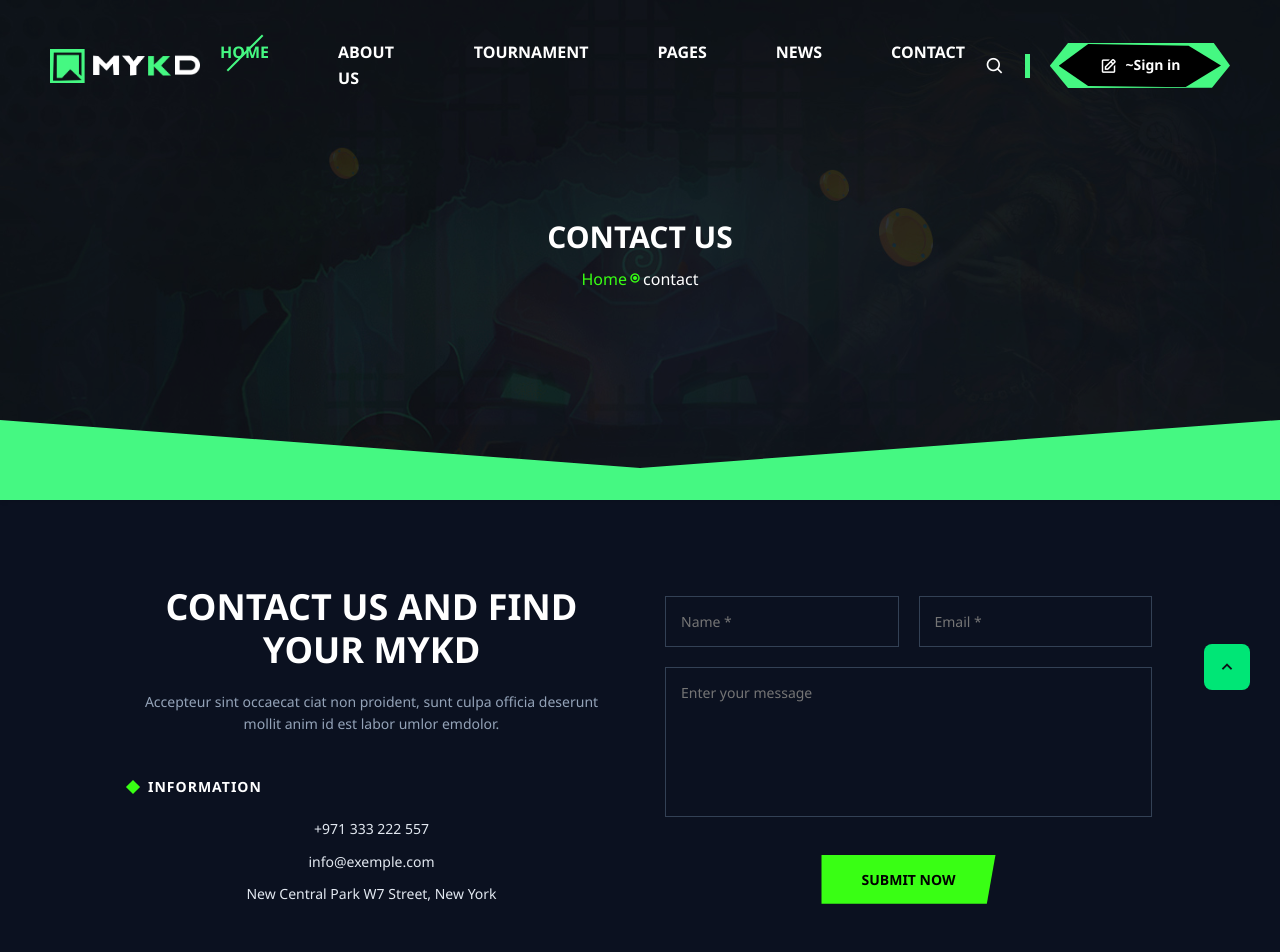
Repository: elfahl52/-MYKD-eSport-and-Gaming
Page: contact.html
The author's editor kept a copy of each file at every save. The page is drawn from the files as they stood at one save, then again after the next save.
The browser window is 1280 px wide. The pictures show the part of the page from y = 0 to 952 px (the page is 1882 px tall).
Some web fonts or font styles are not loaded; a fallback is used.

Above is the page before, as saved 2026-06-11 08:32:30.

### contact.html
<!DOCTYPE html>
<html lang="en">

<head>
    <meta charset="UTF-8">
    <meta name="viewport" content="width=device-width, initial-scale=1.0">
    <title>Document</title>
    <!-- Preconnect for performance -->
    <link rel="preconnect" href="https://fonts.googleapis.com">
    <link rel="preconnect" href="https://fonts.gstatic.com" crossorigin>

    <!-- Fonts -->
    <link
        href="https://fonts.googleapis.com/css2?family=Barlow:ital,wght@0,100;0,200;0,300;0,400;0,500;0,600;0,700;0,800;0,900;1,100;1,200;1,300;1,400;1,500;1,600;1,700;1,800;1,900&family=Josefin+Sans:ital,wght@0,100..700;1,100..700&family=Poppins:wght@300;400;500;600;700&display=swap"
        rel="stylesheet">
    <link href="https://fonts.cdnfonts.com/css/berlin-sans-fb-demi" rel="stylesheet">

    <!-- Icons -->
    <link href='https://unpkg.com/boxicons@2.1.4/css/boxicons.min.css' rel='stylesheet'>
    <link rel="stylesheet" href="https://cdnjs.cloudflare.com/ajax/libs/font-awesome/6.5.1/css/all.min.css">

    <!-- Styles -->
    <link rel="stylesheet" href="css/style.css">
    <link rel="stylesheet" href="css/contact.css">
</head>

<body>


    <!-- start header -->
    <header>
        <!-- start nav -->
        <nav>
            <div class="logo">
                <img src="img/logo/logo.png" alt="Gaming Logo">
            </div>

            <ul class="nav-links">
                <li class="has-dropdown">
                    <a href="index.html" class="active">HOME</a>
                    <div class="dropDown">
                        <div>
                            <a href="#" class="active">
                                <article></article>
                                <span>HOME ONE</span>
                            </a>
                        </div>
                        <div>
                            <a href="#">
                                <article></article>
                                <span>HOME TWO</span>
                            </a>
                        </div>
                        <div>
                            <a href="#">
                                <article></article>
                                <span>HOME THREE</span>
                            </a>
                        </div>
                        <div>
                            <a href="#">
                                <article></article>
                                <span>HOME FOUR</span>
                            </a>
                        </div>
                        <div>
                            <a href="#">
                                <article></article>
                                <span>HOME FIVE</span>
                            </a>
                        </div>
                    </div>
                </li>
                <li class="has-dropdown">
                    <a href="#">ABOUT US</a>
                    <div class="dropDown">
                        <div>
                            <a href="#">
                                <article></article>
                                <span>ABOUT PAGE 1</span>
                            </a>
                        </div>
                        <div>
                            <a href="#">
                                <article></article>
                                <span>ABOUT PAGE 2</span>
                            </a>
                        </div>
                    </div>
                </li>
                <li class="has-dropdown">
                    <a href="#">TOURNAMENT</a>
                    <div class="dropDown">
                        <div>
                            <a href="#">
                                <article></article>
                                <span>TOURNAMENT</span>
                            </a>
                        </div>
                        <div>
                            <a href="#">
                                <article></article>
                                <span>TOURNAMENT SINGLE</span>
                            </a>
                        </div>
                    </div>
                </li>
                <li class="has-dropdown">
                    <a href="#">PAGES</a>
                    <div class="dropDown">
                        <div>
                            <a href="#">
                                <article></article>
                                <span>GAMING SHOP</span>
                            </a>
                        </div>
                        <div>
                            <a href="#">
                                <article></article>
                                <span>OUR SERVICES</span>
                            </a>
                        </div>
                        <div>
                            <a href="#">
                                <article></article>
                                <span>SERVICES DETAILS</span>
                            </a>
                        </div>
                        <div>
                            <a href="#">
                                <article></article>
                                <span>PLAYER DETAILS</span>
                            </a>
                        </div>
                        <div>
                            <a href="#">
                                <article></article>
                                <span>LOGIN</span>
                            </a>
                        </div>
                        <div>
                            <a href="#">
                                <article></article>
                                <span>SIGN UP</span>
                            </a>
                        </div>
                    </div>
                </li>
                <li class="has-dropdown">
                    <a href="#">NEWS</a>
                    <div class="dropDown">
                        <div>
                            <a href="#">
                                <article></article>
                                <span>OUR BLOG</span>
                            </a>
                        </div>
                        <div>
                            <a href="#">
                                <article></article>
                                <span>BLOG DETAILS</span>
                            </a>
                        </div>
                    </div>
                </li>
                <li><a href="#">CONTACT</a></li>
            </ul>


            <div class="right-nav">
                <i class="bx bx-search" id="searchIcon" aria-label="Search"></i>
                <div class="nav-divider"></div>

                <!-- Sign In Button -->
                <div class="btn sign-in-btn">
                    <div>
                        <i class="bx bx-edit"></i>
                        <span>~Sign in</span>
                    </div>
                </div>



                <!-- Hamburger Menu -->
                <div class="hamburger" id="hamburger" aria-label="Toggle menu" aria-expanded="false">
                    <span></span>
                    <span></span>
                    <span></span>
                </div>
            </div>
        </nav>
        <!-- end nav -->

           <!-- content -->
          <div class="content">
                <b>Contact us</b>
                <p><span>Home<i class="bx bx-radio-circle-marked" ></i></span>contact</p>
          </div>
        <!-- Mobile Menu Overlay -->
        <div class="mobile-menu" id="mobileMenu">
            <div class="mobile-menu-header">
                <div class="mobile-logo">
                    <img src="img/logo/logo.png" alt="Gaming Logo">
                </div>
                <button class="close-menu" id="closeMenu" aria-label="Close menu">
                    <i class="bx bx-x"></i>
                </button>
            </div>

            <div class="mobile-menu-content">
                <ul class="mobile-nav-links">
                    <!-- HOME with dropdown -->
                    <li class="mobile-has-dropdown">
                        <a href="#" class="active">
                            <i class="bx bx-home"></i>
                            <span>HOME</span>
                            <i class="bx bx-chevron-down mobile-dropdown-toggle"></i>
                        </a>
                        <ul class="mobile-dropdown">
                            <li><a href="#" class="active">HOME ONE</a></li>
                            <li><a href="#">HOME TWO</a></li>
                            <li><a href="#">HOME THREE</a></li>
                            <li><a href="#">HOME FOUR</a></li>
                            <li><a href="#">HOME FIVE</a></li>
                        </ul>
                    </li>

                    <!-- ABOUT US with dropdown -->
                    <li class="mobile-has-dropdown">
                        <a href="#">
                            <i class="bx bx-user"></i>
                            <span>ABOUT US</span>
                            <i class="bx bx-chevron-down mobile-dropdown-toggle"></i>
                        </a>
                        <ul class="mobile-dropdown">
                            <li><a href="#">ABOUT PAGE 1</a></li>
                            <li><a href="#">ABOUT PAGE 2</a></li>
                        </ul>
                    </li>

                    <!-- TOURNAMENT with dropdown -->
                    <li class="mobile-has-dropdown">
                        <a href="#">
                            <i class="bx bx-trophy"></i>
                            <span>TOURNAMENT</span>
                            <i class="bx bx-chevron-down mobile-dropdown-toggle"></i>
                        </a>
                        <ul class="mobile-dropdown">
                            <li><a href="#">TOURNAMENT</a></li>
                            <li><a href="#">TOURNAMENT SINGLE</a></li>
                        </ul>
                    </li>

                    <!-- PAGES with dropdown -->
                    <li class="mobile-has-dropdown">
                        <a href="#">
                            <i class="bx bx-file"></i>
                            <span>PAGES</span>
                            <i class="bx bx-chevron-down mobile-dropdown-toggle"></i>
                        </a>
                        <ul class="mobile-dropdown">
                            <li><a href="#">GAMING SHOP</a></li>
                            <li><a href="#">OUR SERVICES</a></li>
                            <li><a href="#">SERVICES DETAILS</a></li>
                            <li><a href="#">PLAYER DETAILS</a></li>
                            <li><a href="#">LOGIN</a></li>
                            <li><a href="#">SIGN UP</a></li>
                            <li><a href="#">FORGET PASSWORD</a></li>
                            <li><a href="#">404 PAGE</a></li>
                            <!-- Contact Link in Dropdown -->
                            <li class="contact-item">
                                <a href="#contact" class="contact-link">
                                    <i class="bx bx-envelope"></i>
                                    <span>CONTACT US</span>
                                </a>
                            </li>
                        </ul>
                    </li>

                    <!-- NEWS with dropdown -->
                    <li class="mobile-has-dropdown">
                        <a href="#">
                            <i class="bx bx-news"></i>
                            <span>NEWS</span>
                            <i class="bx bx-chevron-down mobile-dropdown-toggle"></i>
                        </a>
                        <ul class="mobile-dropdown">
                            <li><a href="#">OUR BLOG</a></li>
                            <li><a href="#">BLOG DETAILS</a></li>
                        </ul>
                    </li>

                    <!-- CONTACT -->
                    <li>
                        <a href="#contact">
                            <i class="bx bx-envelope"></i>
                            <span>CONTACT</span>
                        </a>
                    </li>
                </ul>

                <!-- Mobile Actions -->
                <div class="mobile-actions">
                    <button class="mobile-search">
                        <i class="bx bx-search"></i>
                        <span>Search</span>
                    </button>
                    <button class="mobile-signin">
                        <i class="bx bx-edit"></i>
                        <span>Sign in</span>
                    </button>
                </div>

                <!-- Social Media -->
                <div class="mobile-social">
                    <h3>Follow Us</h3>
                    <div class="social-icons">
                        <a href="#" aria-label="Facebook"><i class="bx bxl-facebook"></i></a>
                        <a href="#" aria-label="Twitter"><i class="bx bxl-twitter"></i></a>
                        <a href="#" aria-label="Instagram"><i class="bx bxl-instagram"></i></a>
                        <a href="#" aria-label="YouTube"><i class="bx bxl-youtube"></i></a>
                        <a href="#" aria-label="Discord"><i class="bx bxl-discord"></i></a>
                        <a href="#" aria-label="Twitch"><i class="bx bxl-twitch"></i></a>
                    </div>
                </div>

                <!-- Contact Info -->
                <div class="mobile-contact-info">
                    <h3>Contact Info</h3>
                    <p><i class="bx bx-phone"></i> +1 234 567 890</p>
                    <p><i class="bx bx-envelope"></i> info@example.com</p>
                    <p><i class="bx bx-map"></i> 123 Gaming Street, City, Country</p>
                </div>
            </div>
        </div>
        <!-- Overlay for mobile menu -->
        <div class="mobile-overlay" id="mobileOverlay"></div>
        <!--  NEW: Green Divider with Clip-Path -->
        <div class="header-divider"></div>
    </header>
    <!-- end header -->


    <section class="contact-section">

        <!-- المعلومات -->
        <div class="contact-info">
            <h1>Contact Us And Find Your MYKD</h1>
            <p>
                Accepteur sint occaecat ciat non proident, sunt culpa officia deserunt mollit anim id est labor umlor
                emdolor.
            </p>

            <div class="info-header">
                <span class="diamond-icon"></span>
                INFORMATION
            </div>

            <ul class="details-list">
                <li>+971 333 222 557</li>
                <li>info@exemple.com</li>
                <li>New Central Park W7 Street, New York</li>
            </ul>
        </div>

        <!-- النموذج -->
        <form class="contact-form">
            <div class="form-row">
                <div class="input-group">
                    <input type="text" placeholder="Name *" required>
                </div>
                <div class="input-group">
                    <input type="email" placeholder="Email *" required>
                </div>
            </div>

            <textarea placeholder="Enter your message" required></textarea>

            <button type="submit" class="submit-btn">Submit Now</button>
        </form>

    </section>

    <!-- القسم السفلي: الخريطة -->
    <div class="map-container">
        <!-- تم استخدام خريطة نيويورك كمثال -->
        <iframe
            src="https://www.google.com/maps/embed?pb=!1m18!1m12!1m3!1d193595.15830869428!2d-74.119763973046!3d40.69766374874431!2m3!1f0!2f0!3f0!3m2!1i1024!2i768!4f13.1!3m3!1m2!1s0x89c24fa5d33f083b%3A0xc80b8f06e177fe62!2sNew%20York%2C%20NY%2C%20USA!5e0!3m2!1sen!2seg!4v1620000000000!5m2!1sen!2seg"
            allowfullscreen="" loading="lazy"></iframe>
    </div>

    <!-- start footer section -->
    <footer>
        <div class="container">
            <div class="footer-row">

                <!-- Column 1: Logo & Info -->
                <div class="footer-col-1">
                    <div class="footer-logo">
                        <div class="logo-icon">
                            <i class='bx bxs-image'></i>
                        </div>
                        <div class="logo-text">
                            <span class="my">MY</span><span class="kd">KD</span>
                        </div>
                    </div>
                    <p>Lorem ipsum dolor sit amet consectetur adipiscing. Duis sollicitudin augue euismod. Nulla ullam
                        dolor sit amet consectetur.</p>
                    <div class="active-with-us">
                        <span class="active">ACTIVE</span>
                        <span class="with-us">WITH US <i class='bx bx-chevrons-right'></i></span>
                    </div>
                    <div class="social-icons">
                        <a href="#" class="discord" aria-label="Discord"><img src="./img/icons/social_icon01.png"
                                alt=""></a>
                        <a href="#" class="twitter" aria-label="Twitter"><img src="./img/icons/social_icon02.png"
                                alt=""></a>
                        <a href="#" class="instagram" aria-label="Instagram"><img src="./img/icons/social_icon03.png"
                                alt=""></a>
                        <a href="#" class="telegram" aria-label="Telegram"><img src="./img/icons/social_icon04.png"
                                alt=""></a>
                    </div>
                </div>

                <!-- Column 2: Quick Link -->
                <div class="footer-col">
                    <h3>Quick Link</h3>
                    <div class="footer-links">
                        <a href="#">Gaming</a>
                        <a href="#">Product</a>
                        <a href="#">All NFTs</a>
                        <a href="#">Social Network</a>
                        <a href="#">Domain Names</a>
                        <a href="#">Collectibles</a>
                    </div>
                </div>

                <!-- Column 3: Supports -->
                <div class="footer-col">
                    <h3>Supports</h3>
                    <div class="footer-links">
                        <a href="#">Setting &amp; Privacy</a>
                        <a href="#">Help &amp; Support</a>
                        <a href="#">Live Auctions</a>
                        <a href="#">Item Details</a>
                        <a href="#">24/7 Supports</a>
                        <a href="#">Our News</a>
                    </div>
                </div>

                <!-- Column 4: Newsletter -->
                <div class="footer-col footer-col-4">
                    <h3>Newsletter</h3>
                    <p>Subscribe our newsletter to get our latest update &amp; newsconsectetur</p>
                    <form class="newsletter-form" onsubmit="return false;">
                        <input type="email" placeholder="Your email address" aria-label="Email address">
                        <button type="submit" aria-label="Subscribe">
                            <i class='bx bx-right-arrow-alt'></i>
                        </button>
                    </form>
                </div>

            </div>
        </div>

        <!-- Bottom Bar -->
        <div class="bottom-bar">
            <span class="copyright">
                COPYRIGHT &copy; 2026 &ndash; ALL RIGHTS RESERVED BY <span class="mykd-green">Khaled Elfahl</span>
            </span>
            <div class="payment-icons">
                <span class="pay-badge pay-paypal">PayPal</span>
                <span class="pay-badge pay-ebay">eBay</span>
                <span class="pay-badge pay-cirrus">Cirrus</span>
                <span class="pay-badge pay-visa">VISA</span>
                <span class="pay-badge pay-discover">DISCOVER</span>
                <span class="pay-badge pay-mastercard">MasterCard</span>
            </div>
        </div>
    </footer>

    <!-- Scroll to Top -->
    <button class="scroll-top" onclick="window.scrollTo({top:0,behavior:'smooth'})" aria-label="Scroll to top">
        <i class='bx bx-chevron-up'></i>
    </button>

    <!-- end footer section -->
    <!-- js  -->
    <script src="js/main.js"></script>
</body>

</html>

### css/contact.css
* {
  font-family: "Segoe UI", Tahoma, Geneva, Verdana, sans-serif;
}

body {
  background-color: #0f172a;
  color: #ffffff;
}

header {
  background: url("../img/bg/breadcrumb_bg02.jpg") no-repeat center center /
    cover;
  background-color: var(--header-overlay);
  background-blend-mode: overlay;
  box-shadow: 0 2px 4px rgba(0, 0, 0, 0.1);
  min-height: 500px;
  font-family: var(--heading-font);
  position: relative;
  overflow: hidden;
}
header .content {
  text-align: center;
  position:  absolute;
  top: 50%;
  left: 50%;
  transform: translate(-50%, -50%)
}
header .content b {
  text-transform: uppercase;
  font-size: 30px;
  line-height: 2;
}
header .content p {

}
header .content p span {
  color: #39ff14;
}
.contact-section {
  display: flex;
  flex-wrap: wrap;
  padding: 80px 10%;
  background-color: #0b1120;
  min-height: 500px;
  align-items: center;
  justify-content: space-between;
}

.contact-info {
  flex: 1;
  min-width: 300px;
  padding-right: 50px;
}

.contact-info h1 {
  font-size: 36px;
  font-weight: 700;
  margin-bottom: 20px;
  line-height: 1.2;
  text-transform: uppercase;
}

.contact-info p {
  color: #94a3b8;
  margin-bottom: 40px;
  line-height: 1.6;
  font-size: 14px;
}

.info-header {
  display: flex;
  align-items: center;
  margin-bottom: 20px;
  font-weight: bold;
  font-size: 14px;
  letter-spacing: 1px;
}

.diamond-icon {
  width: 10px;
  height: 10px;
  background-color: #39ff14;
  transform: rotate(45deg);
  margin-right: 10px;
  display: inline-block;
}

.details-list li {
  list-style: none;
  margin-bottom: 10px;
  font-size: 14px;
  color: #e2e8f0;
}

/*right side*/
.contact-form {
  flex: 1;
  min-width: 300px;
}

.form-row {
  display: flex;
  gap: 20px;
  margin-bottom: 20px;
}

.input-group {
  flex: 1;
  position: relative;
}

input,
textarea {
  width: 100%;
  background: transparent;
  border: 1px solid #334155;
  padding: 15px;
  color: white;
  font-size: 14px;
  outline: none;
  transition: 0.3s;
}

input:focus,
textarea:focus {
  border-color: #39ff14;
}

textarea {
  height: 150px;
  resize: none;
  margin-bottom: 30px;
}

/* button*/
.submit-btn {
  background-color: #39ff14;
  color: #000;
  border: none;
  padding: 15px 40px;
  font-weight: bold;
  font-size: 14px;
  cursor: pointer;
  text-transform: uppercase;
  clip-path: polygon(0 0, 100% 0, 95% 100%, 0% 100%);
  transition: 0.3s;
}

.submit-btn:hover {
  background-color: #2ecc71;
  transform: translateX(5px);
}

/* map*/
.map-container {
  width: 100%;
  height: 450px;
  background-color: #1e293b;
}

iframe {
  width: 100%;
  height: 100%;
  border: 0;
  filter: grayscale(100%) invert(92%) contrast(83%);
}

/* responsive*/
@media (max-width: 768px) {
  .contact-section {
    flex-direction: column;
    padding: 40px 5%;
  }
  .contact-info {
    padding-right: 0;
    margin-bottom: 40px;
  }
  .form-row {
    flex-direction: column;
    gap: 0;
  }
}

Loaded but not shown: js/main.js (141 lines, source omitted); css/style.css (3067 lines, source omitted)

After the next save:
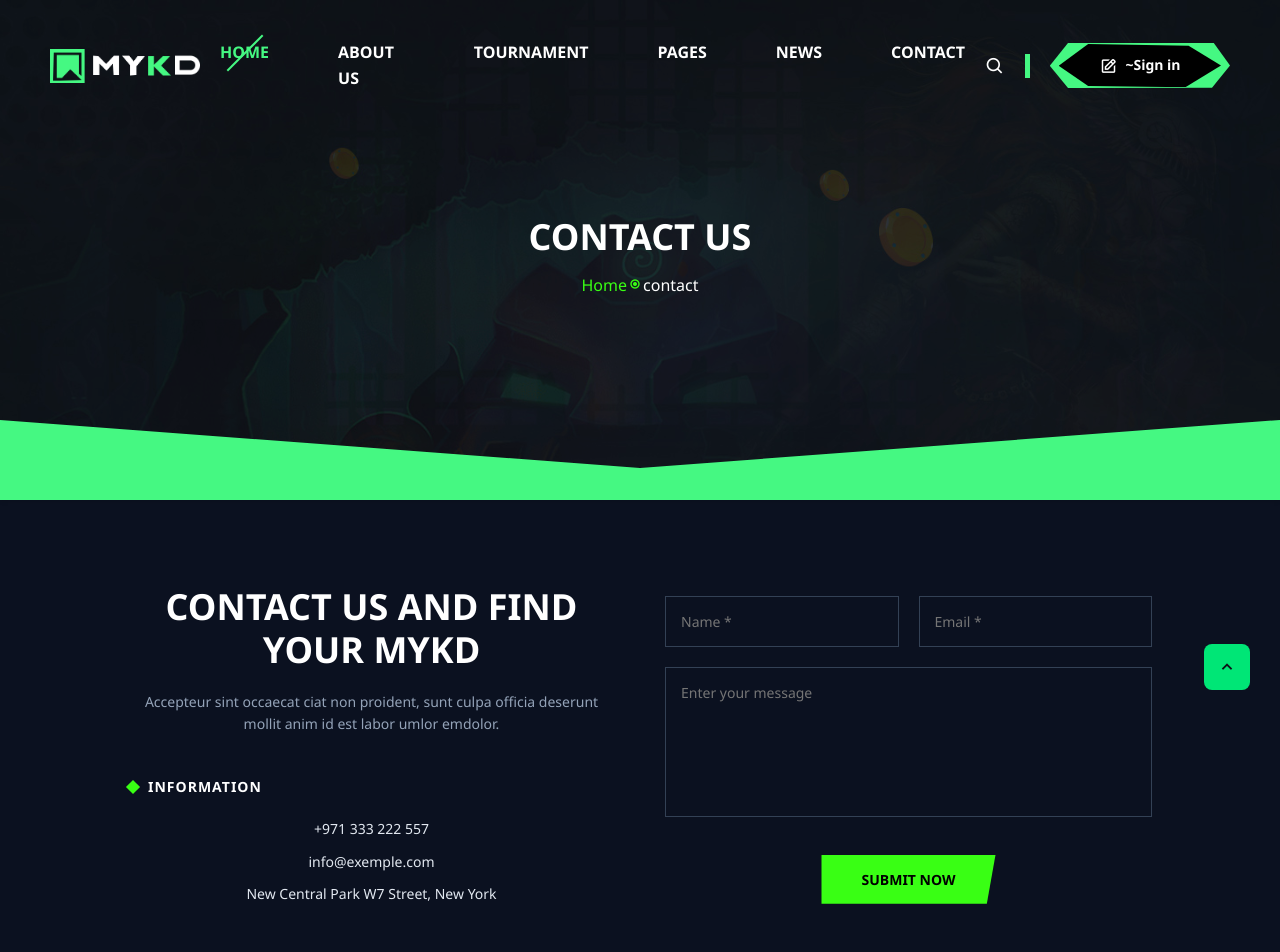
Saved 12 s later.
--- a/css/contact.css
+++ b/css/contact.css
@@ -27,7 +27,7 @@ header .content {
 }
 header .content b {
   text-transform: uppercase;
-  font-size: 30px;
+  font-size: 36px;
   line-height: 2;
 }
 header .content p {
